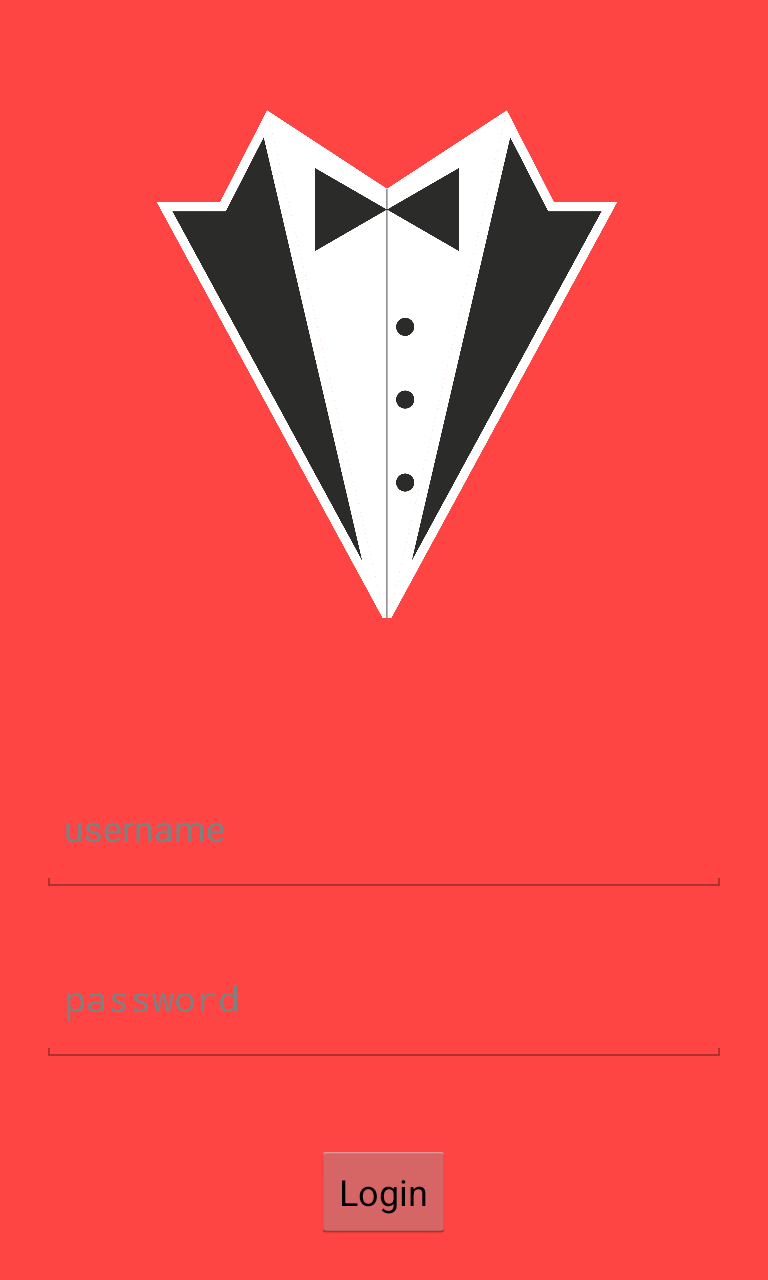
Repository: oszalex/SpryAndroid
Layout: android/Bro/res/layout/activity_main.xml
An editor plug-in stored every save of this project. The layout is shown before and after the next save, followed by the edit.
It is drawn on a 768 x 1280 px phone screen (xhdpi) without system bars, with theme AppTheme; the app's code is not run.

Above is the layout before, as saved 2014-01-21 16:42:21.

After the next save:
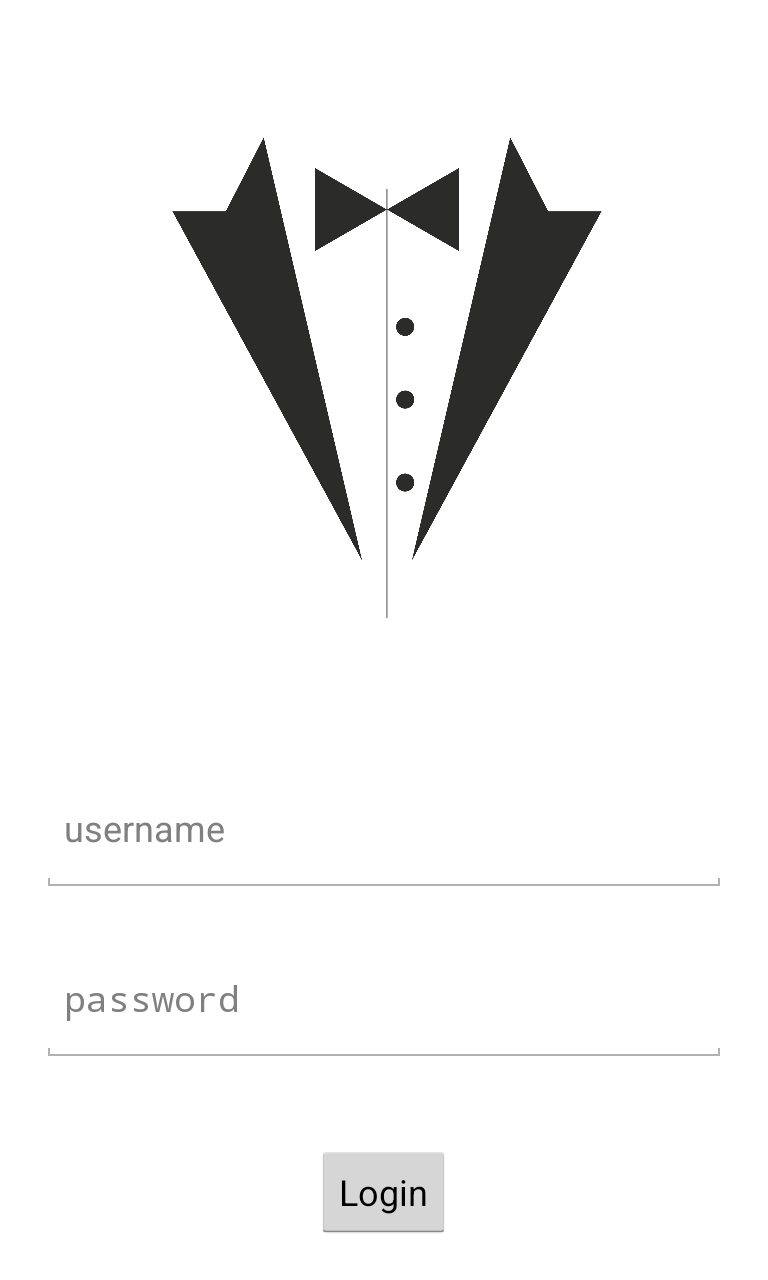
Saved 4 s later.
--- a/android/Bro/res/layout/activity_main.xml
+++ b/android/Bro/res/layout/activity_main.xml
@@ -3,7 +3,7 @@
     android:layout_width="match_parent"
     android:layout_height="match_parent"
     android:orientation="vertical"
-    android:background="@android:color/holo_red_light">
+    >
 
     <ImageView
         android:id="@+id/logo"
